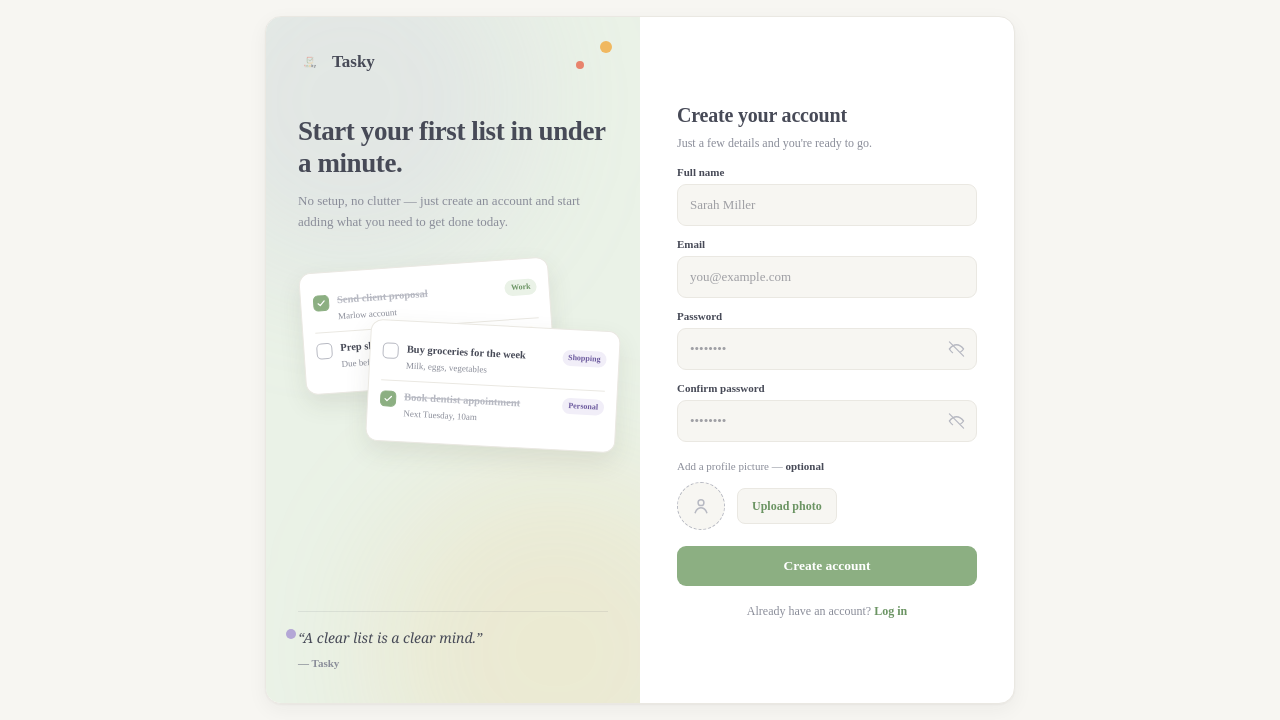
Repository: Anfel-bth/Tasky_
Page: /register (app in task-manager-frontend/)
These files come from the project's save history. The page is drawn as it stood at one moment and after the next save; the edit follows.
The browser window is 1280 px wide. The pictures show the whole page.
The project was rebuilt for these pictures with package versions that can differ from the ones it lists, and the page was loaded fresh each time. Also part of the build but not shown: task-manager-frontend/vite.config.js, task-manager-frontend/src/Components/login.jsx, task-manager-frontend/src/Components/Landing.jsx, task-manager-frontend/src/Components/dashboard.jsx.

Above is the page before, as saved 2026-09-02 12:10:33.

After the next save:
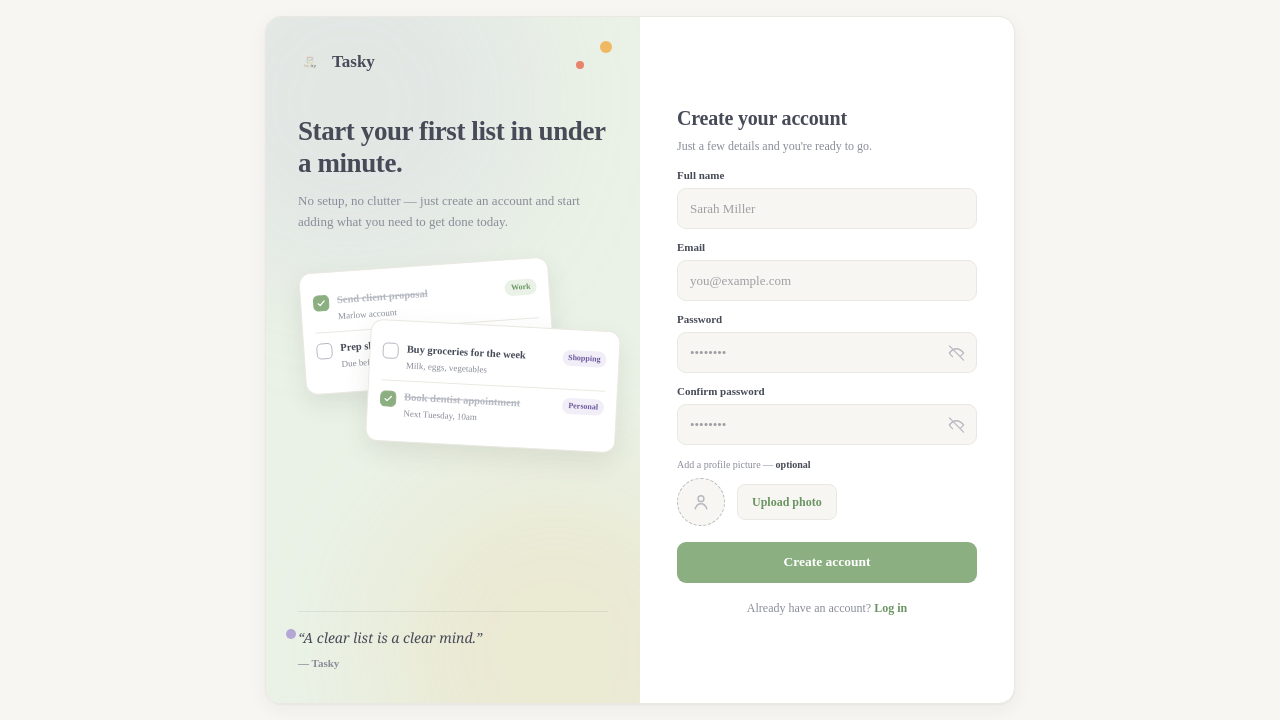
Saved 5 s later.
--- a/task-manager-frontend/src/Components/register.jsx
+++ b/task-manager-frontend/src/Components/register.jsx
@@ -253,8 +253,8 @@ const Register = () => {
               </div>
 
               {/* Profile picture */}
-              <div className="mt-4">
-                <p className="mb-2 text-[11px] text-[#8A8D99]">
+              <div className="mt-3">
+                <p className="mb-1.5 text-[10px] text-[#8A8D99]">
                   Add a profile picture —{" "}
                   <b className="font-bold text-[#474A57]">optional</b>
                 </p>
